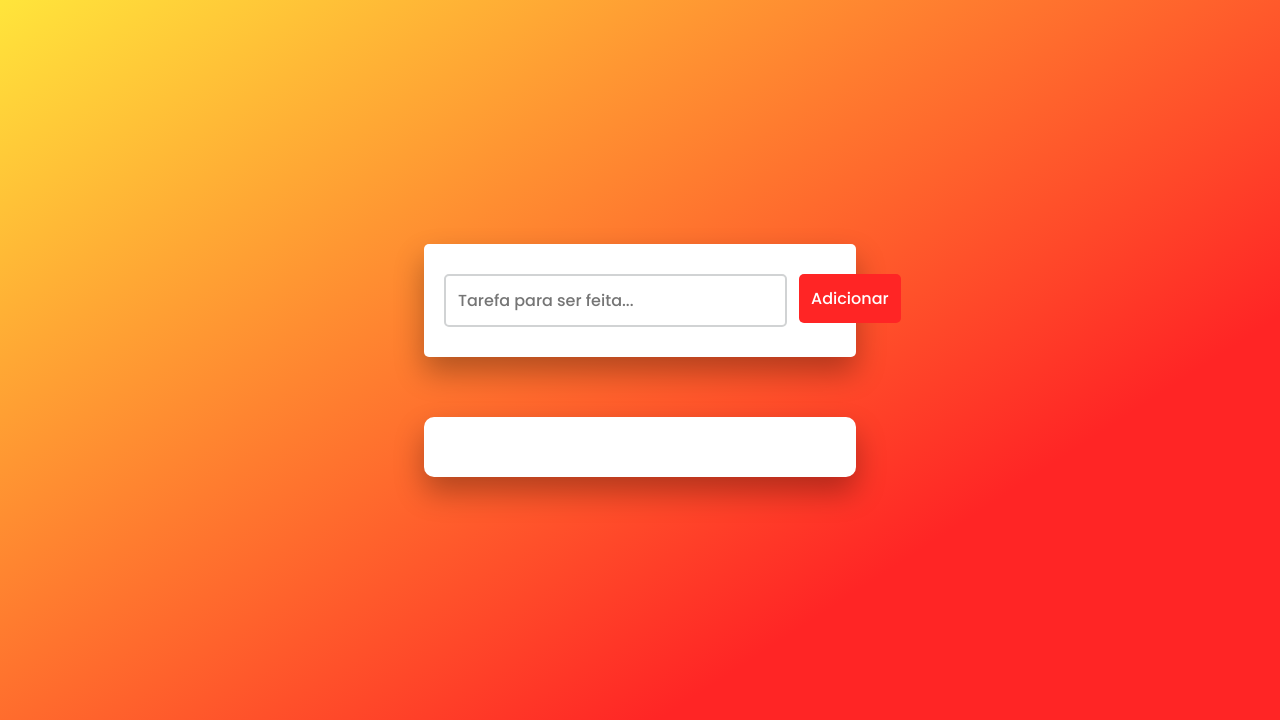
Repository: PetersonAntonyDev/python-flask-
Page: index.html
These files come from the project's save history. The page is drawn as it stood at one moment and after the next save; the edit follows.
The browser window is 1280 px wide. The pictures show the whole page.
Some web libraries are served in a nearby version.

Above is the page before, as saved 2022-07-26 13:52:19.

### index.html
<!DOCTYPE html>
<html lang="en">

<head>
    <meta charset="UTF-8" />
    <meta http-equiv="X-UA-Compatible" content="IE=edge" />
    <meta name="viewport" content="width=device-width, initial-scale=1.0" />
    <title>EM PROGRESSO - Lista de Tarefas</title>
    <link rel="preconnect" href="https://fonts.googleapis.com" />
    <link rel="preconnect" href="https://fonts.gstatic.com" crossorigin />
    <link href="https://fonts.googleapis.com/css2?family=Poppins:wght@400;500;700&display=swap" rel="stylesheet" />
    <link rel="stylesheet" href="/style.css" />
</head>

<body>
    <div class="container">
        <div class="new-task-container">
            <input type="text" class="new-task-input" placeholder="Tarefa para ser feita..." />

            <button class="new-task-button">Adicionar</button>
        </div>

        <div class="tasks-container"></div>
    </div>

    <script src="https://kit.fontawesome.com/f9e19193d6.js" crossorigin="anonymous"></script>
    <script src="/script.js"></script>
</body>

</html>

### style.css
* {
    margin: 0;
    padding: 0;
    box-sizing: border-box;
    font-family: "Poppins", sans-serif;
  }

  body {
    height: 100vh;
    background-color: #FFE53B;
    background-image: linear-gradient(147deg, #FFE53B 0%, #FF2525 74%);
    display: flex;
    align-items: center;
    justify-content: center;
  }

  .container {
    border-radius: 20px;
    padding: 30px 40px;
    width: 40%;
    min-width: 500px;
  }

  .new-task-container {
    background-color: #fff;
    padding: 30px 20px;
    border-radius: 5px;
    box-shadow: 0 15px 30px rgba(0, 0, 0, 0.3);
    display: flex;
  }

  .new-task-container input {
    flex: 3;
    font-size: 1rem;
    border: 2px solid #d1d3d4;
    border-radius: 5px;
    padding: 12px;
    font-weight: 500;
  }

  .new-task-container input:focus {
    outline: none;
    border-color: #FFE53B;
  }

  .new-task-button {
    flex: 1;
    border-radius: 5px;
    font-weight: 500;
    height: 100%;
    font-size: 1rem;
    border: none;
    background-color: #FF2525;
    color: #fff;
    padding: 12px;
    margin-left: 12px;
    cursor: pointer;
  }

  .tasks-container {
    background-color: #fff;
    padding: 30px 20px;
    margin-top: 60px;
    border-radius: 10px;
    box-shadow: 0 15px 30px rgba(0, 0, 0, 0.3);
    width: 100%;
  }

  .task-item {
    display: flex;
    justify-content: space-between;
    align-items: center;
    margin-bottom: 6px;
    margin-top: 6px;
  }

  .task-item i {
    background-color: #FF2525;
    color: #fff;
    padding: 12px;
    border-radius: 5px;
  }

  .task-item i:hover {
    cursor: pointer;
  }

  /* Utilities */
  .error {
    border: 2px solid red !important;
  }

  .error::placeholder {
    color: red;
  }

  .completed {
    text-decoration: line-through;
  }

### script.js
const inputElement = document.querySelector(".new-task-input");
const addTaskButton = document.querySelector(".new-task-button");

const tasksContainer = document.querySelector(".tasks-container");

const validateInput = () => inputElement.value.trim().length > 0;

const handleAddTask = () => {
    const inputIsValid = validateInput();

    console.log(inputIsValid);

    if (!inputIsValid) {
        return inputElement.classList.add("error");
    }

    const taskItemContainer = document.createElement("div");
    taskItemContainer.classList.add("task-item");

    const taskContent = document.createElement("p");
    taskContent.innerText = inputElement.value;

    taskContent.addEventListener("click", () => handleClick(taskContent));

    const deleteItem = document.createElement("i");
    deleteItem.classList.add("far");
    deleteItem.classList.add("fa-trash-alt");

    deleteItem.addEventListener("click", () =>
        handleDeleteClick(taskItemContainer, taskContent)
    );

    taskItemContainer.appendChild(taskContent);
    taskItemContainer.appendChild(deleteItem);

    tasksContainer.appendChild(taskItemContainer);

    inputElement.value = "";

    updateLocalStorage();
};

const handleClick = (taskContent) => {
    const tasks = tasksContainer.childNodes;

    for (const task of tasks) {
        const currentTaskIsBeingClicked = task.firstChild.isSameNode(taskContent);

        if (currentTaskIsBeingClicked) {
            task.firstChild.classList.toggle("completed");
        }
    }

    updateLocalStorage();
};

const handleDeleteClick = (taskItemContainer, taskContent) => {
    const tasks = tasksContainer.childNodes;

    for (const task of tasks) {
        const currentTaskIsBeingClicked = task.firstChild.isSameNode(taskContent);

        if (currentTaskIsBeingClicked) {
            taskItemContainer.remove();
        }
    }

    updateLocalStorage();
};

const handleInputChange = () => {
    const inputIsValid = validateInput();

    if (inputIsValid) {
        return inputElement.classList.remove("error");
    }
};

const updateLocalStorage = () => {
    const tasks = tasksContainer.childNodes;

    const localStorageTasks = [...tasks].map((task) => {
        const content = task.firstChild;
        const isCompleted = content.classList.contains("completed");

        return { description: content.innerText, isCompleted };
    });

    localStorage.setItem("tasks", JSON.stringify(localStorageTasks));
};

const refreshTasksUsingLocalStorage = () => {
    const tasksFromLocalStorage = JSON.parse(localStorage.getItem("tasks"));

    if (!tasksFromLocalStorage) return;

    for (const task of tasksFromLocalStorage) {
        const taskItemContainer = document.createElement("div");
        taskItemContainer.classList.add("task-item");

        const taskContent = document.createElement("p");
        taskContent.innerText = task.description;

        if (task.isCompleted) {
            taskContent.classList.add("completed");
        }

        taskContent.addEventListener("click", () => handleClick(taskContent));

        const deleteItem = document.createElement("i");
        deleteItem.classList.add("far");
        deleteItem.classList.add("fa-trash-alt");

        deleteItem.addEventListener("click", () =>
            handleDeleteClick(taskItemContainer, taskContent)
        );

        taskItemContainer.appendChild(taskContent);
        taskItemContainer.appendChild(deleteItem);

        tasksContainer.appendChild(taskItemContainer);
    }
};

refreshTasksUsingLocalStorage();

addTaskButton.addEventListener("click", () => handleAddTask());

inputElement.addEventListener("change", () => handleInputChange());

After the next save:
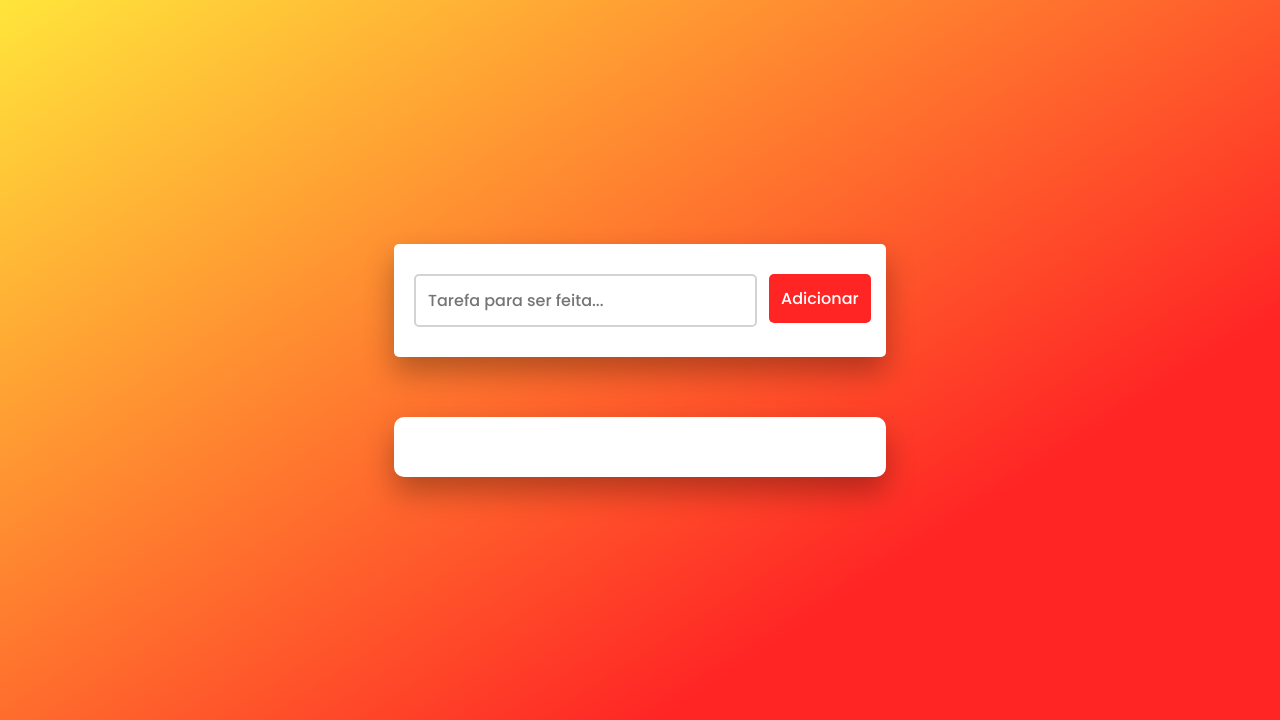
Saved 37 s later.
--- a/style.css
+++ b/style.css
@@ -16,7 +16,7 @@
 
   .container {
     border-radius: 20px;
-    padding: 30px 40px;
+    padding: 30px 10px;
     width: 40%;
     min-width: 500px;
   }

After the 2 saves that followed:
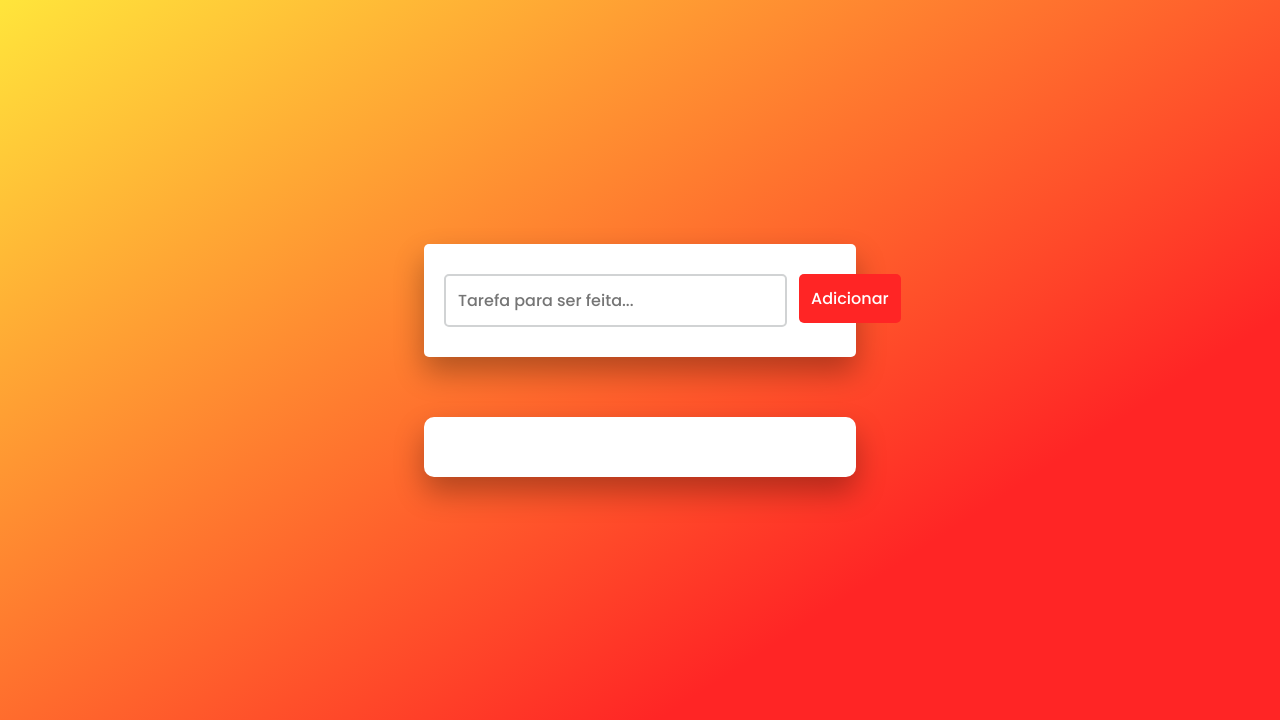
The 2 saves are shown as one change because 1 left the picture as it was.
The last was saved 17 s later.
--- a/style.css
+++ b/style.css
@@ -16,7 +16,7 @@
 
   .container {
     border-radius: 20px;
-    padding: 30px 10px;
+    padding: 30px 40px;
     width: 40%;
     min-width: 500px;
   }
